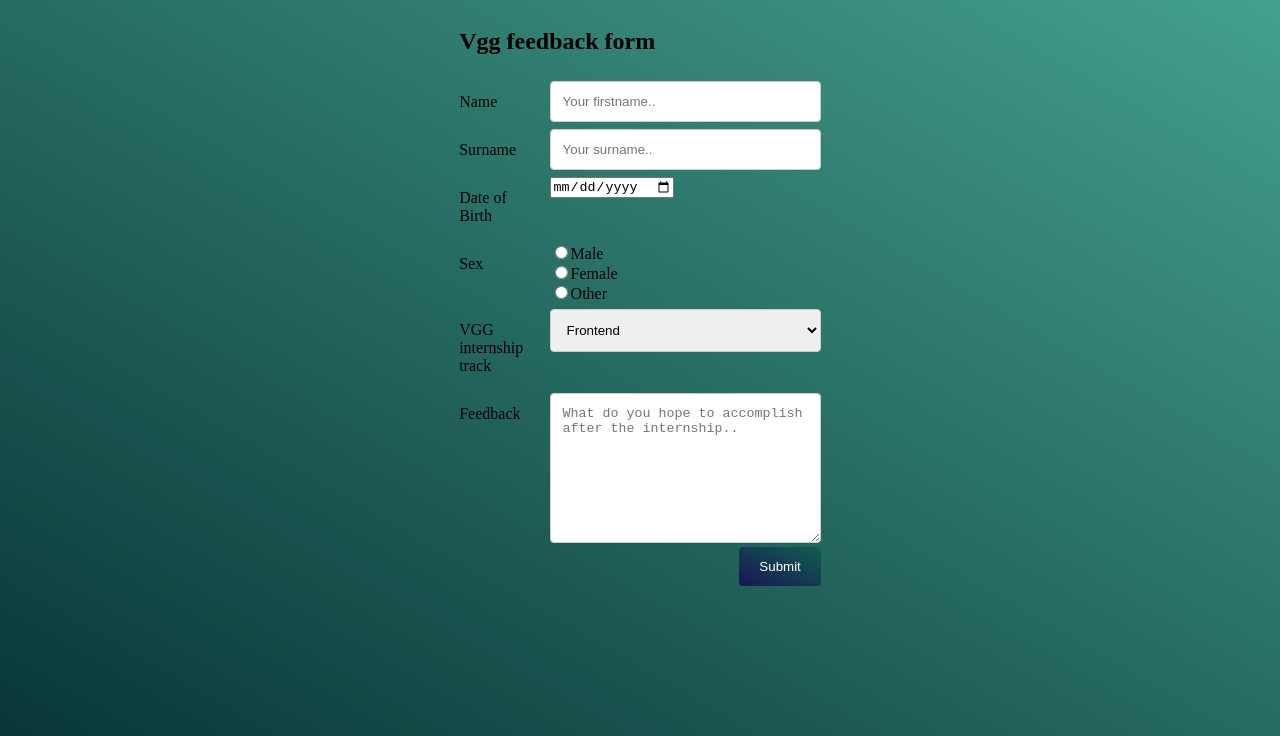
Repository: iphyokafor/VGG-Feedback-form
Page: index2.html
An editor plug-in stored every save of this project. The page is shown before and after the next save, followed by the edit.
The browser window is 1280 px wide. The pictures show the whole page.

Above is the page before, as saved 2020-01-13 00:33:46.

### index2.html
<!DOCTYPE html>
<html lang="en">

<head>
    <meta charset="UTF-8">
    <meta name="viewport" content="width=device-width, initial-scale=1.0">
    <meta http-equiv="X-UA-Compatible" content="ie=edge">
    <title>VGG feedback form</title>
    <link rel="stylesheet" href="./main.css">
</head>

<body>
    <div>
        <form action="action_page.php">
            <h2 class="heading">Vgg feedback form</h2>
            <div class="row">
                <div class="col-25">
                    <label for="name">Name</label>
                </div>
                <div class="col-75">
                    <input type="text" class="txtinput" id="name" name="name" placeholder="Your firstname..">
                </div>
            </div>
            <div class="row">
                <div class="col-25">
                    <label for="surname">Surname</label>
                </div>
                <div class="col-75">
                    <input type="text" class="txtinput" id="surname" name="surname" placeholder="Your surname..">
                </div>
            </div>
            <div class="row">
                <div class="col-25">
                    <label for="dob">Date of Birth</label>
                </div>
                <div class="col-75">
                    <input type="date" id="date" name="date">
                </div>
            </div>
            <div class="row">
                <div class="col-25">
                    <label for="sex">Sex</label>
                </div>
                <div class="col-75">
                    <input type="radio" name="gender">Male<br>
                    <input type="radio" name="gender">Female<br>
                    <input type="radio" name="gender">Other
                </div>
            </div>
            <div class="row">
                <div class="col-25">
                    <label for="VGG internship">VGG internship track</label>
                </div>
                <div class="col-75">
                    <select id="VGG internship" name="VGG">
            <option value="frontend">Frontend</option>
            <option value="backend">Backend</option>
            <option value="ui/ux">UI/UX</option>
            <option value="software">Software Quality Assurance</option>
            <option value="devops">DevOps</option>
          </select>
                </div>
            </div>
            <div class="row">
                <div class="col-25">
                    <label for="feedback">Feedback</label>
                </div>
                <div class="col-75">
                    <textarea id="feedback" name="feedback" placeholder="What do you hope to accomplish after the internship.." style="height:150px"></textarea>
                </div>
            </div>
            <div class="row">
                <input type="submit" class="btn" value="Submit">
            </div>
        </form>
    </div>

</body>

</html>

### main.css
/* Style inputs, select elements and textareas */

body {
    display: flex;
    justify-content: center;
    flex-wrap: wrap;
    background: linear-gradient(to right top, #093637, #44A08D);
    background-repeat: no-repeat;
    height: 100vh;
}

.txtinput,
select,
textarea {
    width: 100%;
    padding: 12px;
    border: 1px solid #ccc;
    border-radius: 4px;
    box-sizing: border-box;
    resize: vertical;
}


/* Style the label to display next to the inputs */

label {
    padding: 12px 12px 12px 0;
    display: inline-block;
}


/* Style the submit button */

.btn {
    background: linear-gradient(to right top, #191654, rgb(16, 95, 79));
    color: white;
    padding: 12px 20px;
    border: none;
    border-radius: 4px;
    cursor: pointer;
    float: right;
    transition: all 1s;
}

.btn:hover {
    transform: scale(1.1);
}


/* Style the container */

.container {
    border-radius: 5px;
    background-color: #f2f2f2;
    padding: 20px;
}


/* Floating column for labels: 25% width */

.col-25 {
    float: left;
    width: 25%;
    margin-top: 6px;
}


/* Floating column for inputs: 75% width */

.col-75 {
    float: left;
    width: 75%;
    margin-top: 6px;
}


/* Clear floats after the columns */

.row:after {
    content: "";
    display: table;
    clear: both;
}


/* Responsive layout - when the screen is less than 600px wide, make the two columns stack on top of each other instead of next to each other */

@media screen and (max-width: 600px) {
    .col-25,
    .col-75,
    input[type=submit] {
        width: 100%;
        margin-top: 0;
    }
}

After the next save:
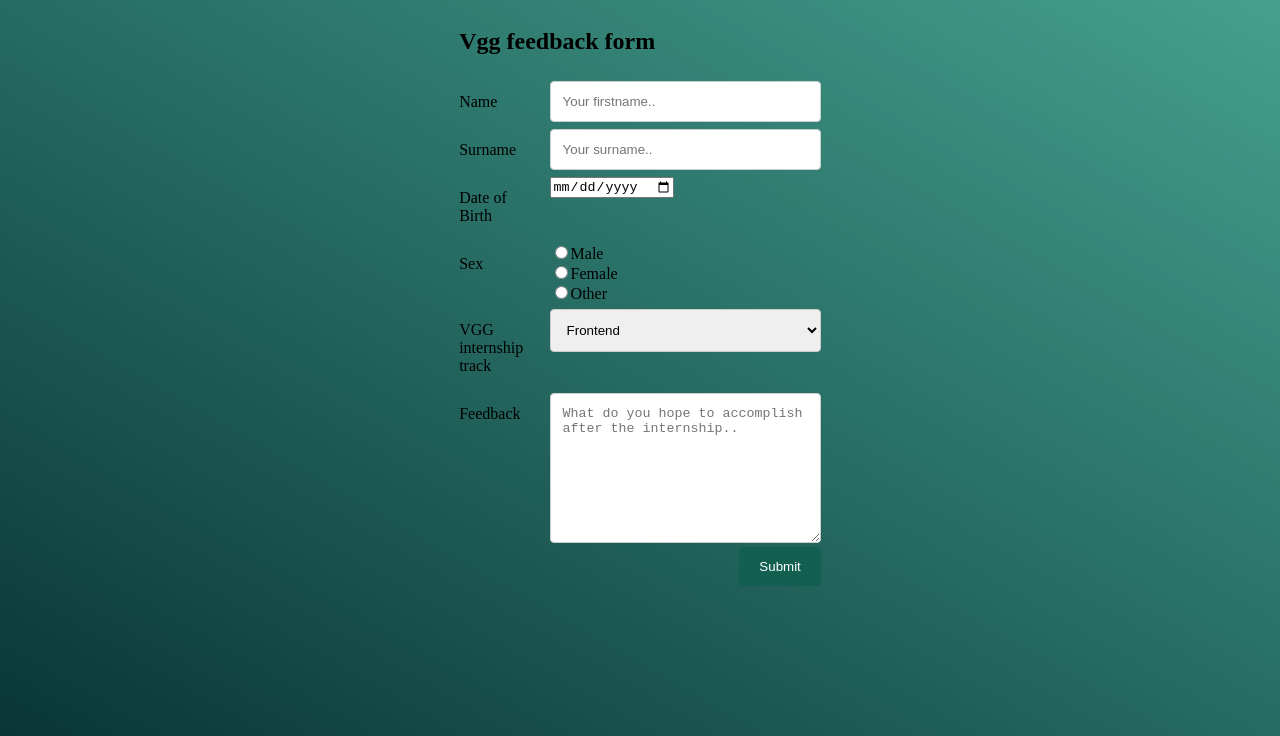
Saved 77 s later.
--- a/main.css
+++ b/main.css
@@ -32,7 +32,7 @@ label {
 /* Style the submit button */
 
 .btn {
-    background: linear-gradient(to right top, #191654, rgb(16, 95, 79));
+    background-color: rgba(16, 95, 79, 0.8);
     color: white;
     padding: 12px 20px;
     border: none;
